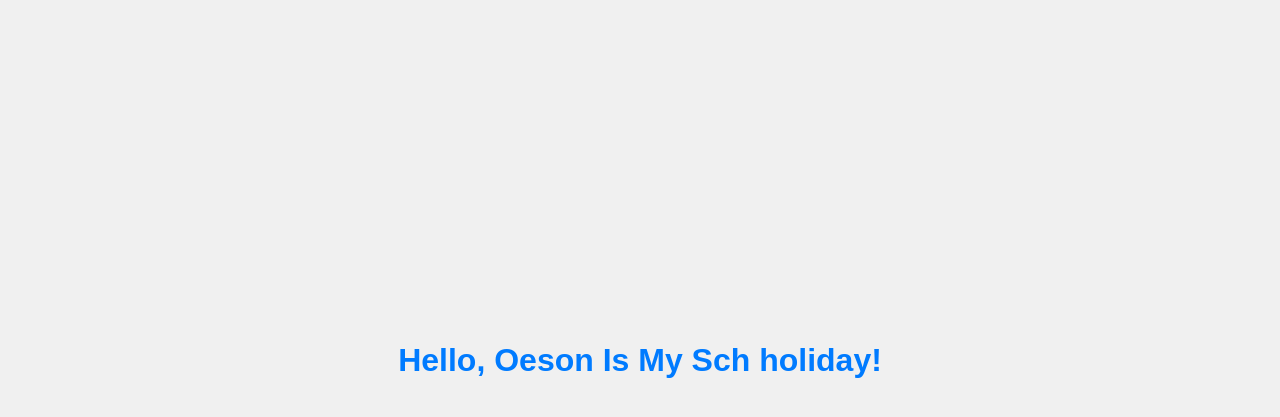
Repository: Richard-Moses/menjenkins
Page: Dev/website/index.html
The author's editor kept a copy of each file at every save. The page is drawn from the files as they stood at one save, then again after the next save.
The browser window is 1280 px wide. The pictures show the whole page.

Above is the page before, as saved 2025-07-30 15:21:14.

### Dev/website/index.html
<!DOCTYPE html>
<html lang="en">
<head>
    <meta charset="UTF-8">
    <meta name="viewport" content="width=device-width, initial-scale=1.0">
    <title>Hello World!</title>
    <style>
        body {
            display: flex;
            justify-content: center;
            align-items: center;
            min-height: 100vh;
            margin: 0;
            font-family: sans-serif;
            background-color: #f0f0f0;
            color: #333;
        }
        h1 {
            color: #007bff;
        }
    </style>
</head>
<body>
    <h1>Hello, Oeson Is My Sch holiday!</h1>
</body>
</html>

After the next save:
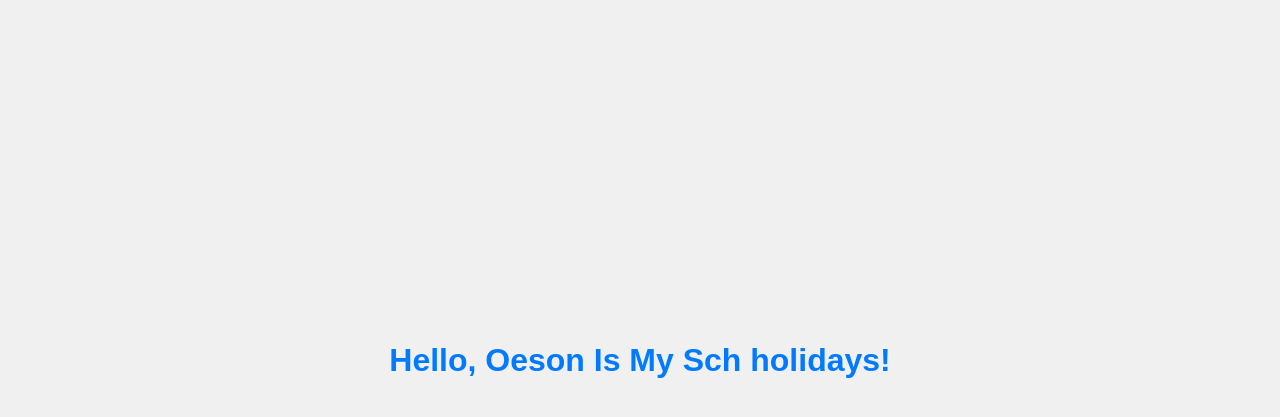
Saved 4 s later.
--- a/Dev/website/index.html
+++ b/Dev/website/index.html
@@ -21,6 +21,6 @@
     </style>
 </head>
 <body>
-    <h1>Hello, Oeson Is My Sch holiday!</h1>
+    <h1>Hello, Oeson Is My Sch holidays!</h1>
 </body>
 </html>
